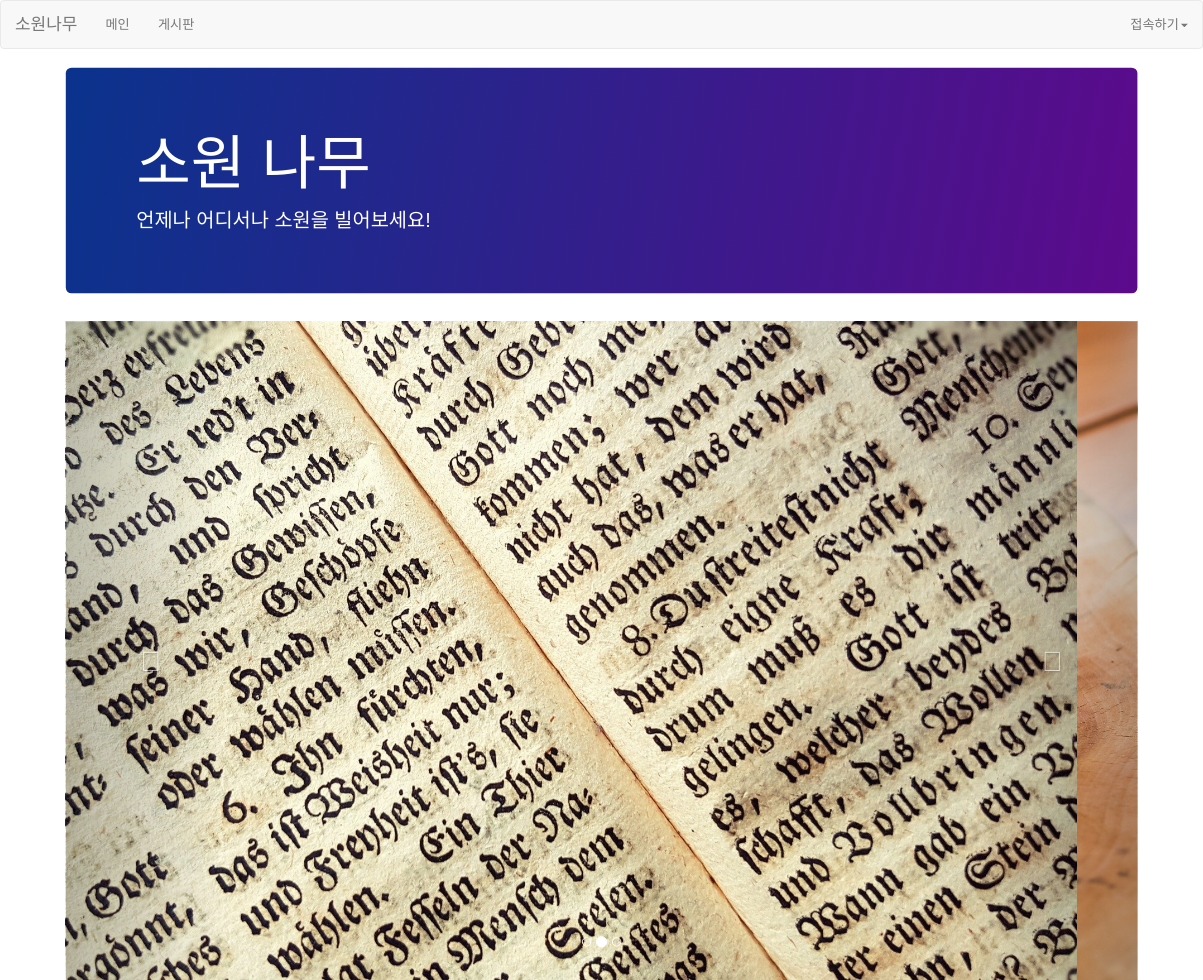
Repository: jongah/WishTree
Page: http://localhost/text/main.jsp
An editor plug-in stored every save of this project. The page is shown before and after the next save, followed by the edit.
The browser window is 1280 px wide. The pictures show the whole page, at 94% of full size.
Some web fonts or font styles are not loaded; a fallback is used. Some web libraries are served in a nearby version. The page is served by Tomcat 9.

Above is the page before, as saved 2021-05-05 14:48:58.

After the next save:
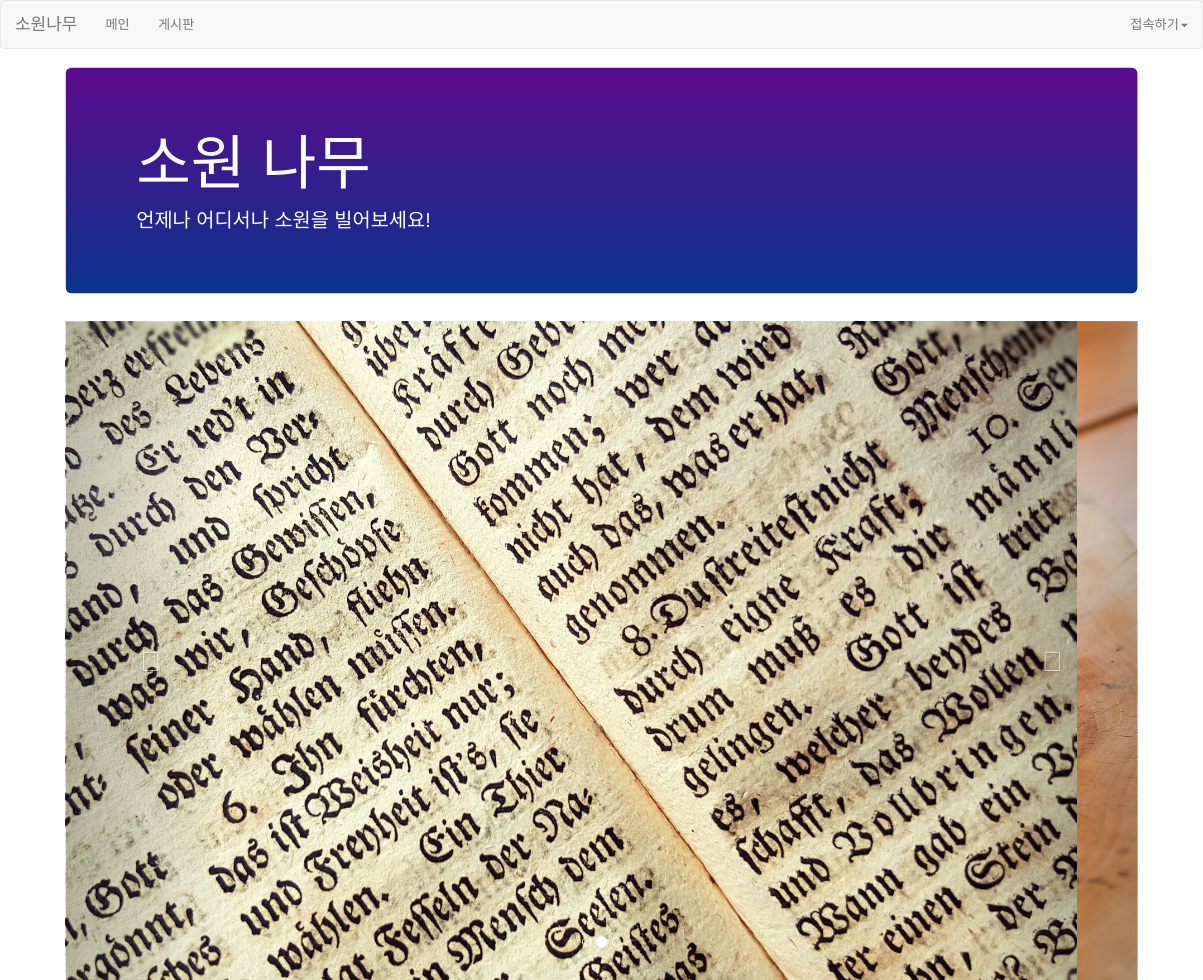
Saved 7 s later.
--- a/text/WebContent/css/custom.css
+++ b/text/WebContent/css/custom.css
@@ -9,5 +9,5 @@
 }
 .jumbotron{
 	color:white;
-	background: linear-gradient(100deg, #0a338c, #5c0a8c);
+	background: linear-gradient(0deg, #0a338c, #5c0a8c);
 }
